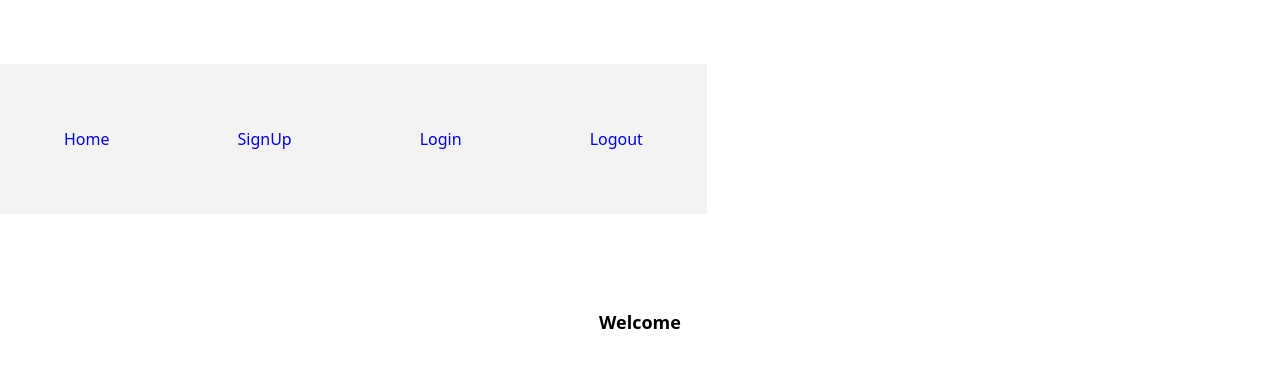
Repository: Ndifoinhilary/authentication
Page: http://localhost/
These files come from the project's save history. The page is drawn as it stood at one moment and after the next save; the edit follows.
The browser window is 1280 px wide. The pictures show the whole page.
The page is served by the project's application, run on Django 3.2 (manage.py). Other server files are loaded and not shown.

Above is the page before, as saved 2024-01-03 10:44:42.

### Auth/templates/home.html
{% load static %}
<!DOCTYPE html>
<html lang="en">
<head>
    <meta charset="UTF-8">
    <meta name="viewport" content="width=device-width, initial-scale=1.0">
    <link rel="stylesheet" href="{% static 'css/home.css' %}">
    <title>Home</title>
</head>
<body>
    <nav class="navbar">
        <a href="#">Home</a>
        <a href="#">SignUp</a>
        <a href="#">Login</a>
        <a href="#">Logout</a>
    </nav>
    <div class="center">

        {% if user.is_authenticated %}
            <h1> Welcome {user.email}  </h1>
            {% else %}
            <h1> Welcome   </h1>
        {% endif %}

    </div>
</body>
</html>

### Auth/views.py
# pylint: disable=unused-argument
from django.shortcuts import render, redirect
from django.contrib import messages
from django.contrib.auth import authenticate, login
from Auth.forms import RegistrationForm

# Create your views here.


def homePage(request):
    user = request.user
    return render(request, "home.html", {"user": user})


def registerUser(request):
    form = RegistrationForm()

    if request.method == "POST":
        form = RegistrationForm(request.POST)
        if form.is_valid():
            user = form.save(commit=False)
            user.email = user.email.lower()
            user.save()

            messages.success(request, "Your account has been created successfully")

            if user is not None:
                login(request, user)
                return redirect("home")
        else:
            messages.error(request, "Check your credentials and try again")
    return render(request, "login.html", {"form": form})


def loginUser(request):
    pass


def logoutUser(request):
    pass

### authentication/urls.py
from django.contrib import admin
from django.urls import path, include
from django.conf import settings
from django.conf.urls.static import static

urlpatterns = [path("admin/", admin.site.urls), path("", include("Auth.urls"))]


urlpatterns += static(settings.MEDIA_URL, document_root=settings.MEDIA_ROOT)
urlpatterns += static(settings.STATIC_URL, document_root=settings.MEDIA_ROOT)

### Auth/urls.py
# pylint: disable=trailing-whitespace
from django.urls import path

from . import views


urlpatterns = [
    path("", views.homePage, name="home"),
    path("auth/login/", views.loginUser, name="login"),
    path("auth/register/", views.registerUser, name="register"),
    path("auth/logout/", views.logoutUser, name="logout"),
]

### static/css/home.css
*{
    margin: 0;
    padding: 0;
    box-sizing: border-box;
}

body{
    font-family: system-ui, -apple-system, BlinkMacSystemFont, 'Segoe UI', Roboto, Oxygen, Ubuntu, Cantarell, 'Open Sans', 'Helvetica Neue', sans-serif;
}


a{
display: inline-block;
 text-decoration: none;
 text-transform: capitalize;
 text-align: center;
 padding: 4rem;
 margin: 4rem auto;
 margin-top: 4rem;
 background: #f3f3f3;
}

h1{
    font-size: large;
    text-transform: capitalize;
    text-align: center;
    margin: 2rem auto;

}


.navbar {
    overflow: hidden;
}

.navbar a {
    float: left;
    display: block;
    text-align: center;
    padding: 1px 2px;
    padding: 4rem;
    text-decoration: none;
}

.navbar a:hover {
    background-color: #ddd; /* Hover color */
    color: black;
}

After the next save:
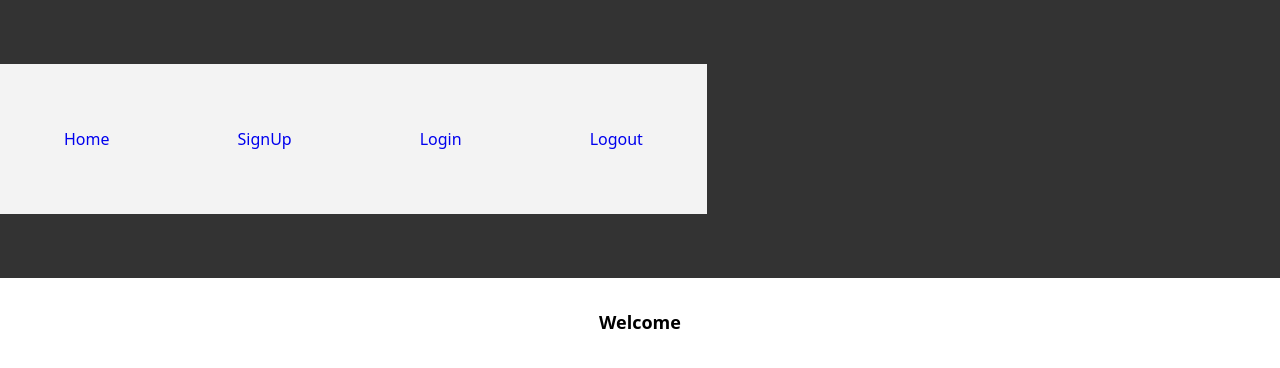
Saved 41 s later.
--- a/static/css/home.css
+++ b/static/css/home.css
@@ -30,6 +30,7 @@ h1{
 
 
 .navbar {
+    background-color: #333;
     overflow: hidden;
 }
 
